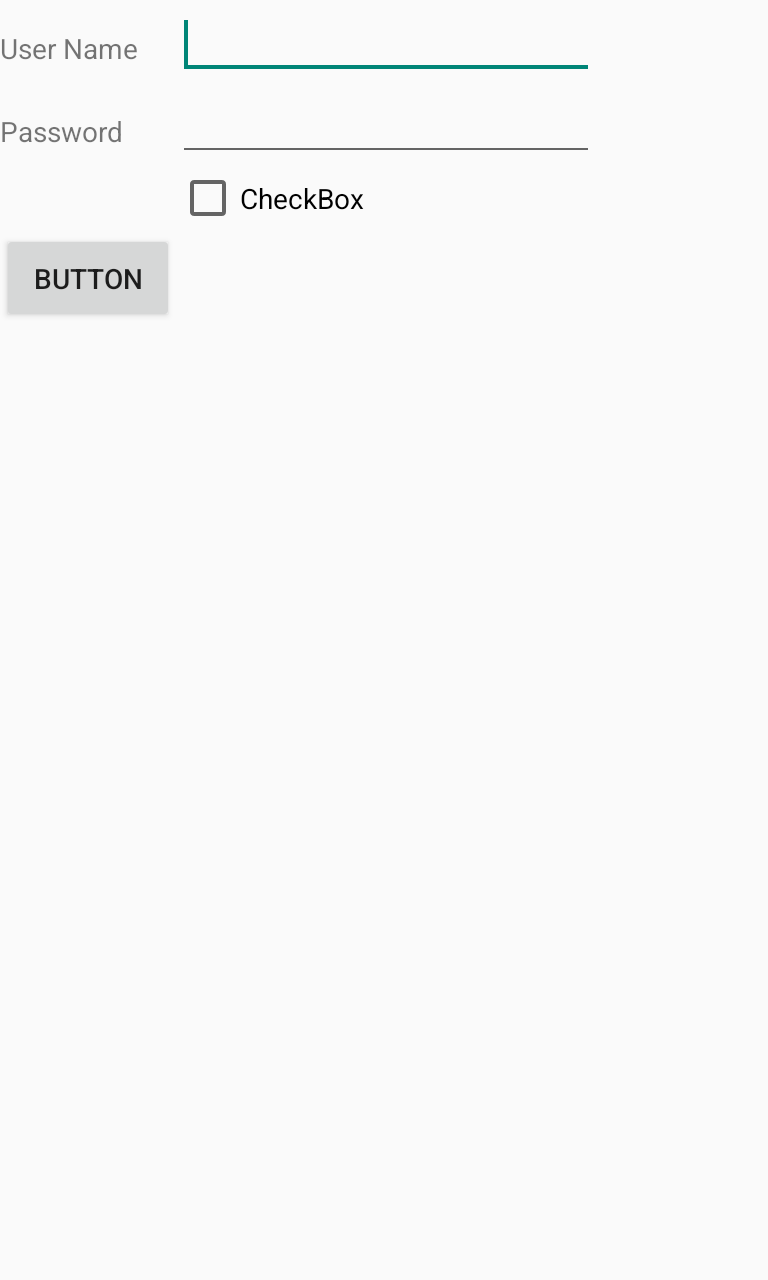
Repository: zieckey/androidworkspace
Layout: LoginTableLayout/res/layout/activity_main.xml
These files come from the project's save history. The layout is drawn as it stood at one moment and after the next save; the edit follows.
It is drawn on a 768 x 1280 px phone screen (xhdpi) without system bars, with theme AppTheme; the app's code is not run.

Above is the layout before, as saved 2014-09-07 08:55:57.

After the next save:
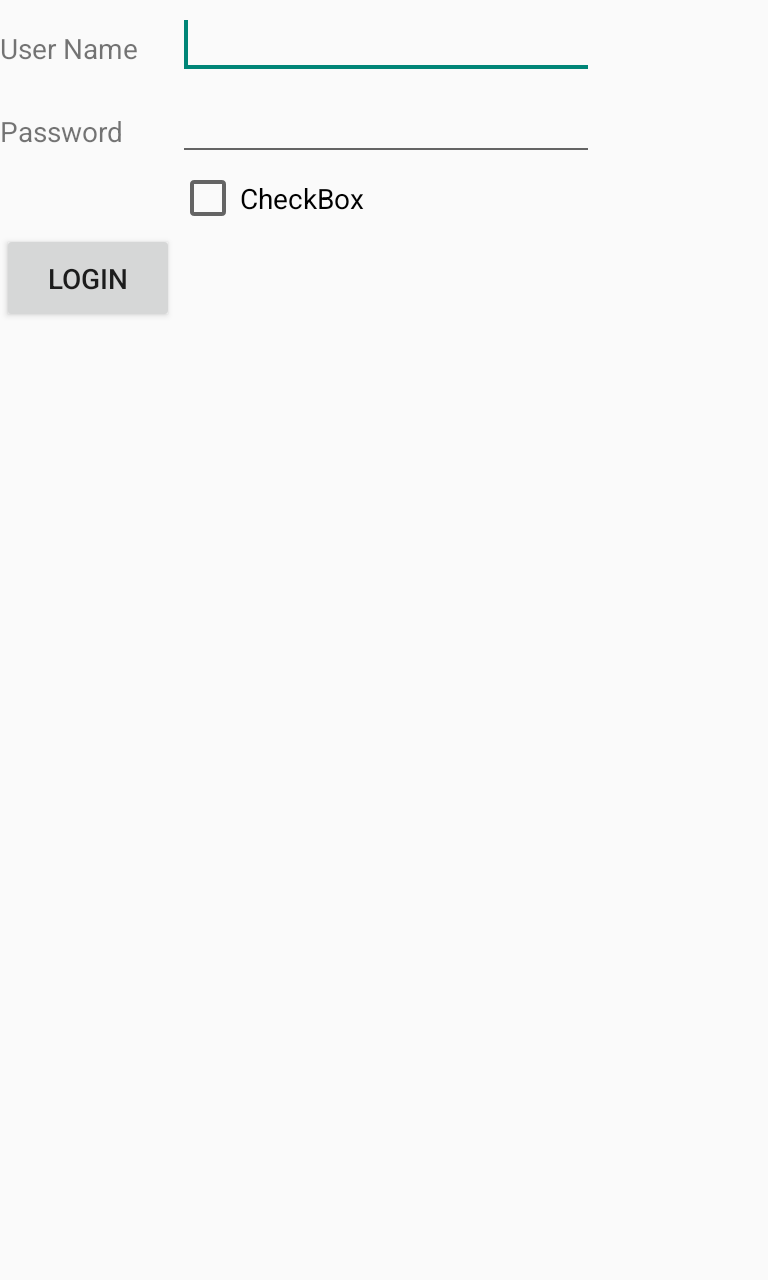
Saved 27 s later.
--- a/LoginTableLayout/res/layout/activity_main.xml
+++ b/LoginTableLayout/res/layout/activity_main.xml
@@ -71,10 +71,10 @@
             android:layout_height="wrap_content" >
 
             <Button
-                android:id="@+id/button1"
+                android:id="@+id/login"
                 android:layout_width="wrap_content"
                 android:layout_height="wrap_content"
-                android:text="Button" />
+                android:text="Login" />
 
         </TableRow>
 
